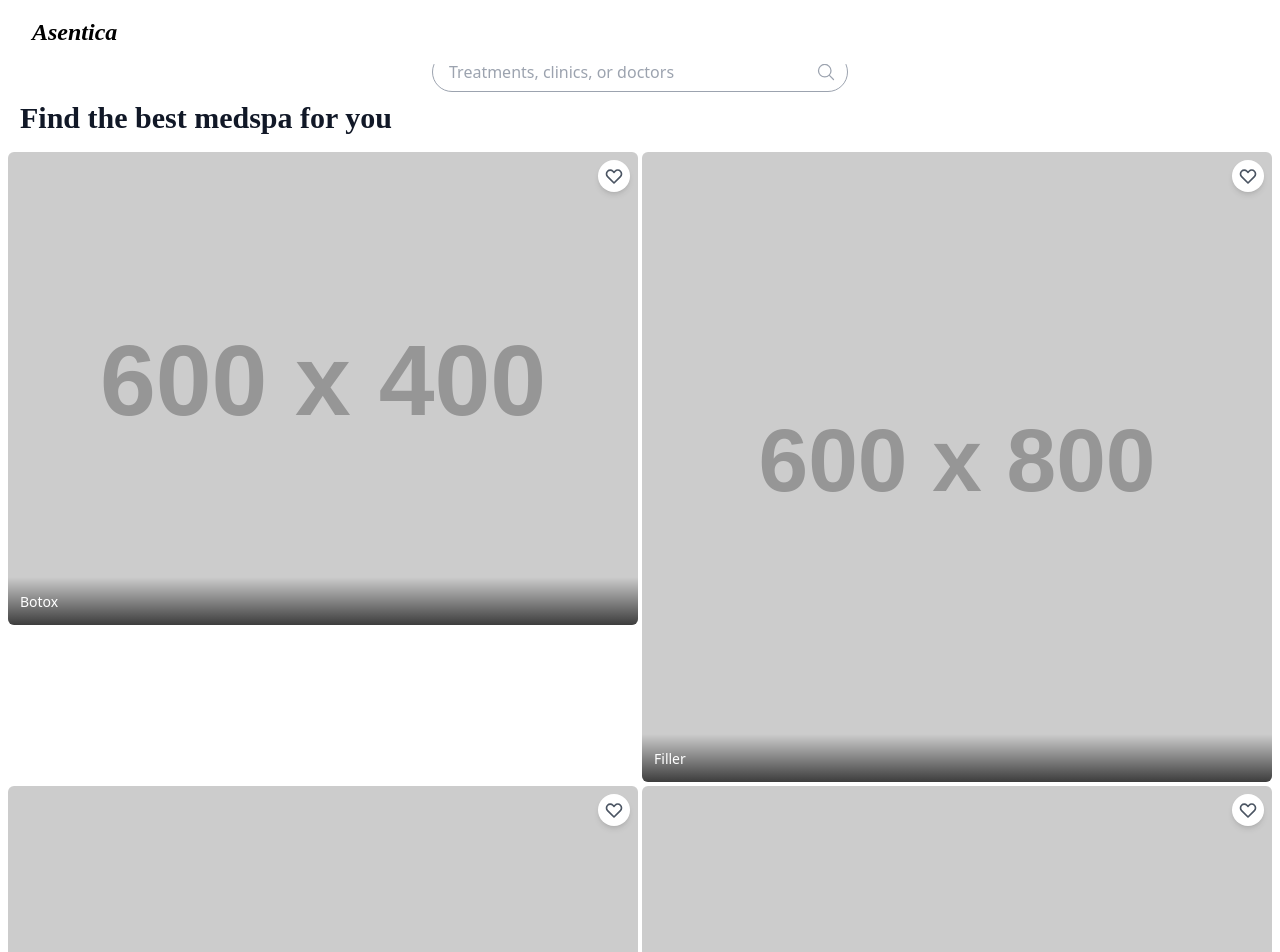
Repository: jungkeunhong/asentica_3rd
Page: /
These files come from the project's save history. The page is drawn as it stood at one moment and after the next save; the edit follows.
The browser window is 1280 px wide. The pictures show the part of the page from y = 0 to 952 px (the page is 7588 px tall before and 3244 px after).
Some web fonts or font styles are not loaded; a fallback is used. The project was rebuilt for these pictures with package versions that can differ from the ones it lists, and the page was loaded fresh each time. The framework's server and built-in components were replaced by stand-ins that run in the browser. Also part of the build but not shown: next.config.js.

Above is the page before, as saved 2025-02-26 14:55:42.

After the next save:
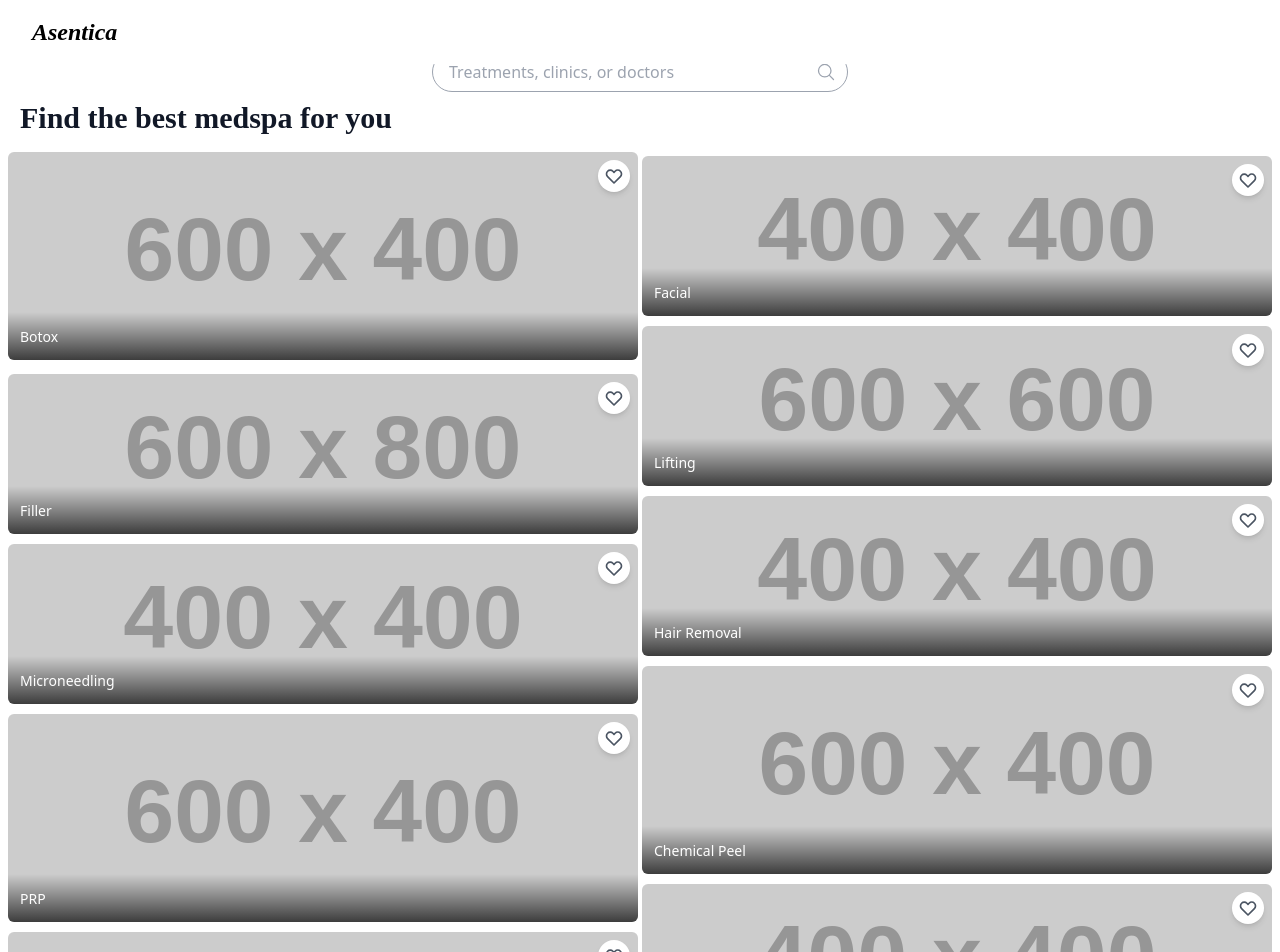
Saved 88 s later.
--- a/src/components/CategoryGrid.tsx
+++ b/src/components/CategoryGrid.tsx
@@ -89,13 +89,13 @@ const CategoryGrid = () => {
     <div className="py-2">
       <h2 className="cormorant text-3xl font-extrabold mb-4 text-gray-900 pl-5">Find the best medspa for you</h2>
 
-      <div className="grid grid-cols-2 gap-1 px-2">
+      <div className="columns-2 gap-1 px-2 space-y-1">
         {categories.map((category) => {
           // 이미지 크기에 따른 클래스 설정
-          const sizeClasses = {
-            small: "col-span-1 aspect-square",
-            medium: "col-span-1 aspect-[4/3]",
-            large: "col-span-2 aspect-[3/2]",
+          const heightClass = {
+            small: "h-40",
+            medium: "h-52",
+            large: "h-64",
           }[category.size];
 
           const isFavorite = favorites.includes(category.id);
@@ -103,7 +103,7 @@ const CategoryGrid = () => {
           return (
             <div
               key={category.id}
-              className={`relative rounded-md overflow-hidden ${sizeClasses}`}
+              className={`relative rounded-md overflow-hidden mb-1 inline-block w-full ${heightClass}`}
               onClick={() => handleCategoryClick(category.name)}
             >
               {/* 이미지 */}
